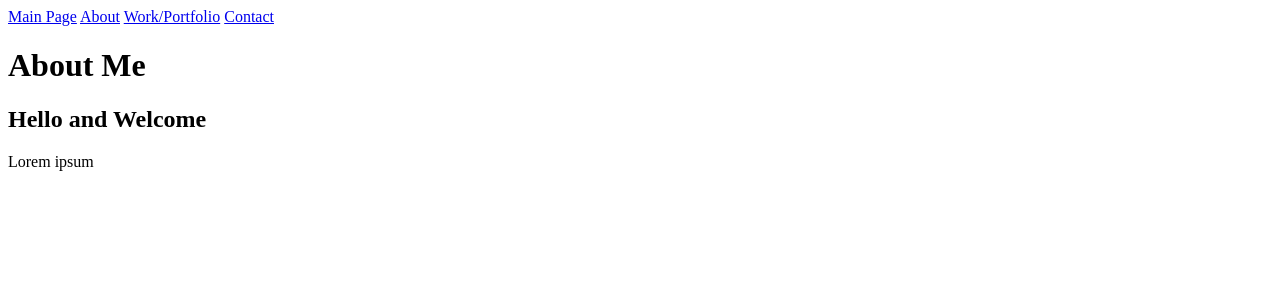
Repository: MelindaN14/My-Personal-Website
Page: about.html
The author's editor kept a copy of each file at every save. The page is drawn from the files as they stood at one save, then again after the next save.
The browser window is 1280 px wide. The pictures show the whole page.

Above is the page before, as saved 2024-03-21 21:09:14.

After the next save:
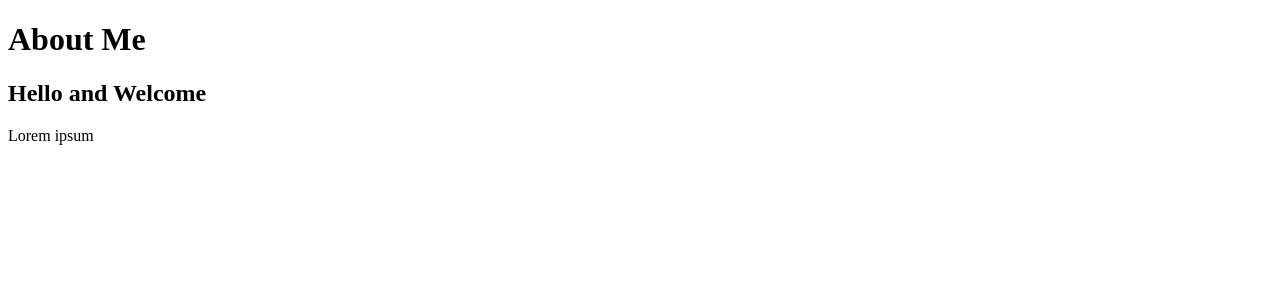
Saved 109 s later.
--- a/about.html
+++ b/about.html
@@ -4,12 +4,7 @@
     <meta charset="UTF-8" />
     <meta name="viewport" content="width=device-width, initial-scale=1.0" />
     <title>About</title>
-    <div class="navbar">
-      <a href="index.html">Main Page</a>
-      <a href="about.html">About</a>
-      <a href="portfolio.html">Work/Portfolio</a>
-      <a href="contact.html">Contact</a>
-    </div>
+
   </head>
   <body>
     <h1>About Me</h1>

After the 3 saves that followed:
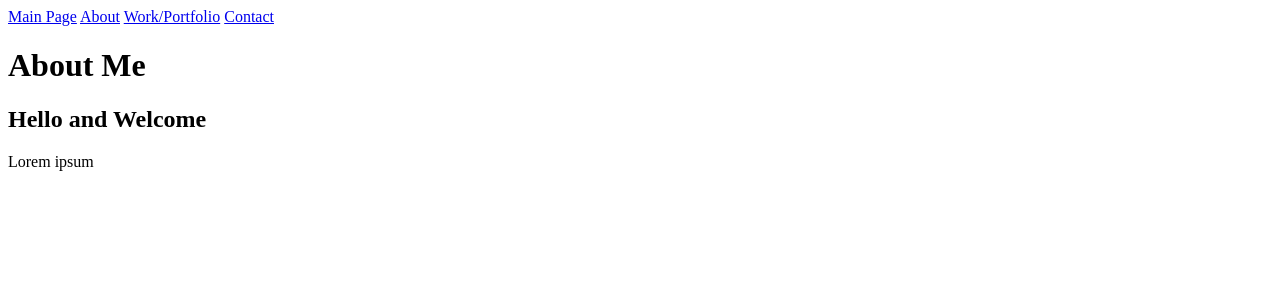
The 3 saves are shown as one change because 1 left the picture as it was and some came seconds apart.
The last was saved 9 s later.
--- a/about.html
+++ b/about.html
@@ -4,9 +4,14 @@
     <meta charset="UTF-8" />
     <meta name="viewport" content="width=device-width, initial-scale=1.0" />
     <title>About</title>
-
   </head>
   <body>
+    <div class="navbar">
+      <a href="index.html">Main Page</a>
+      <a href="about.html">About</a>
+      <a href="portfolio.html">Work/Portfolio</a>
+      <a href="contact.html">Contact</a>
+    </div>
     <h1>About Me</h1>
     <h2>Hello and Welcome</h2>
     <p>Lorem ipsum</p>
